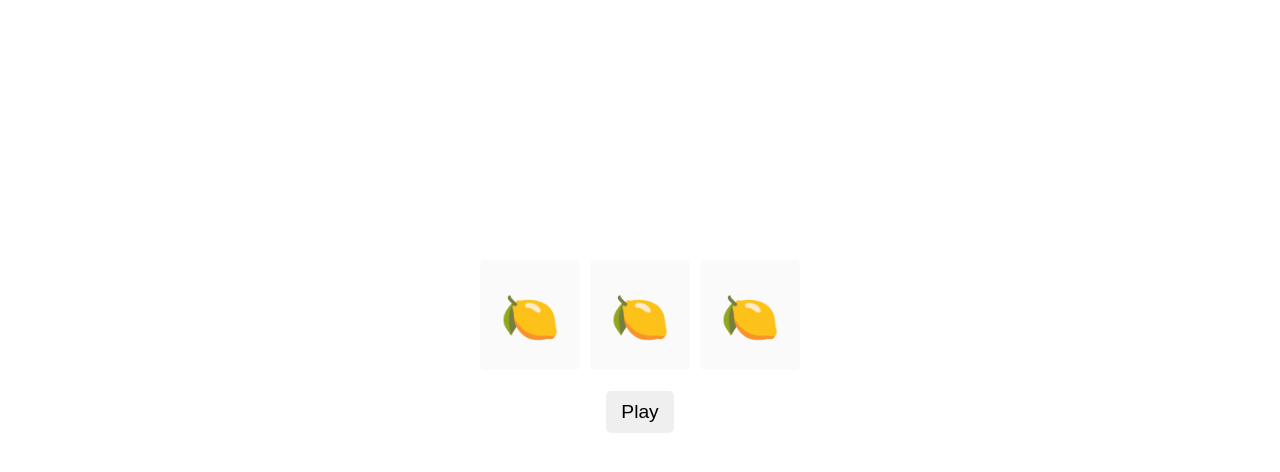
Repository: HERBOD7/slotmachine
Page: /
The author's editor kept a copy of each file at every save. The page is drawn from the files as they stood at one save, then again after the next save.
The browser window is 1280 px wide. The pictures show the whole page.
The project was rebuilt for these pictures with package versions that can differ from the ones it lists, and the page was loaded fresh each time. Also part of the build but not shown: vue.config.js.

Above is the page before, as saved 2023-07-23 11:34:37.

### src/App.vue
<template>
  <div id="app">
    <div class="slots">
      <div class="slot" v-for="(symbol, name, i) in symbols" :key="i">
        <SlotBox
          :symbols="symbol"
          :slotName="name"
          :slotIsShuffling="isShuffling"
        />
      </div>
    </div>

    <div class="buttons">
      <button @click="spin" id="spinner">Play</button>
    </div>
  </div>
</template>

<script>
import SlotBox from "./components/SlotBox.vue";

export default {
  name: "App",
  components: {
    SlotBox,
  },
  data() {
    return {
      symbols: {
        firstSlot: ["🍋", "🍉", "🍒", "🍊"],
        secondSlot: ["🍋", "🍉", "🍒", "🍊"],
        thirdSlot: ["🍋", "🍉", "🍒", "🍊"],
      },
      isShuffling: false,
    };
  },
  methods: {
    spin() {
      this.isShuffling = true;
      for (let name in this.symbols) {
        const arr = [];
        arr.push(...this.symbols[name]);
        this.symbols[name] = this.shuffle(arr);
      }
      setTimeout(() => {
        this.isShuffling = false;
      }, 100);
    },
    shuffle(array) {
      for (let i = array.length - 1; i > 0; i--) {
        const j = Math.floor(Math.random() * (i + 1));
        [array[i], array[j]] = [array[j], array[i]];
      }
      return array;
    },
  },
};
</script>

<style>
body {
  width: 100vw;
  height: 100vh;
  margin: 0;
  padding: 0;
}

#app {
  width: 100%;
  height: 100%;
  display: flex;
  flex-direction: column;
  justify-content: center;
  align-items: center;
}

.slots {
  display: flex;
}

.slot {
  background: #fafafa;
  width: 100px;
  height: 110px;
  overflow: hidden;
  border-radius: 5px;
  margin: 5px;
}

/* .boxes {
  transform: translateY(0);
  transition: transform 1s ease-in-out;
}

.box {
  display: flex;
  justify-content: center;
  align-items: center;
  font-size: 3rem;
  height: 110px;
  width: 100px;
}

.firstSlot-animation {
  transform: translateY(3px);
  transition: transform 0.5s ease-in-out;
}

.secondSlot-animation {
  transform: translateY(3px);
  transition: transform 0.8s ease-in-out;
}

.thirdSlot-animation {
  transform: translateY(3px);
  transition: transform 1s ease-in-out;
}

.before-animate {
  transform: translateY(-20px);
}

.blur {
  filter: blur(1px);
} */

.buttons {
  margin: 1rem 0 2rem 0;
}

button {
  cursor: pointer;
  font-size: 1.2rem;
  margin: 0 0.2rem;
  border: none;
  border-radius: 5px;
  padding: 10px 15px;
}

.info {
  position: fixed;
  bottom: 0;
  width: 100%;
  text-align: center;
}
</style>

### src/components/SlotBox.vue
<template>
  <div class="boxes">
    <div
      :class="[
        'box',
        slotIsShuffling ? 'before-animate blur' : slotName + '-animation',
      ]"
      v-for="(item, index) in symbols"
      :key="index"
    >
      {{ item }}
    </div>
  </div>
</template>

<script>
export default {
  name: "SlotBox",
  props: {
    symbols: Array,
    slotIsShuffling: Boolean,
    slotName: String,
  },
};
</script>

<!-- Add "scoped" attribute to limit CSS to this component only -->
<style scoped>
.boxes {
  transform: translateY(0);
  transition: transform 1s ease-in-out;
}

.box {
  display: flex;
  justify-content: center;
  align-items: center;
  font-size: 3rem;
  height: 110px;
  width: 100px;
}

.firstSlot-animation {
  transform: translateY(3px);
  transition: transform 0.5s ease-in-out;
}

.secondSlot-animation {
  transform: translateY(3px);
  transition: transform 0.8s ease-in-out;
}

.thirdSlot-animation {
  transform: translateY(3px);
  transition: transform 1s ease-in-out;
}

.before-animate {
  transform: translateY(-20px);
}

.blur {
  filter: blur(1px);
}
</style>

Loaded but not shown: public/index.html (common file); src/main.js (common file)

After the next save:
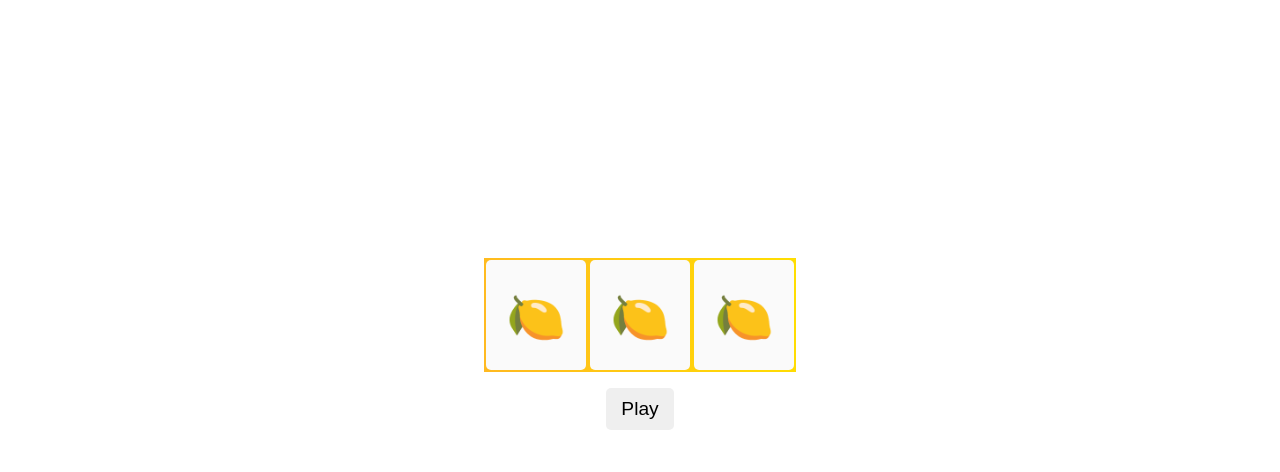
Saved 24 min 7 s later.
--- a/src/App.vue
+++ b/src/App.vue
@@ -76,6 +76,12 @@ body {
 
 .slots {
   display: flex;
+  background: rgb(255, 222, 1);
+  background: linear-gradient(
+    261deg,
+    rgba(255, 222, 1, 1) 0%,
+    rgba(255, 185, 33, 1) 100%
+  );
 }
 
 .slot {
@@ -84,7 +90,7 @@ body {
   height: 110px;
   overflow: hidden;
   border-radius: 5px;
-  margin: 5px;
+  margin: 2px;
 }
 
 /* .boxes {
